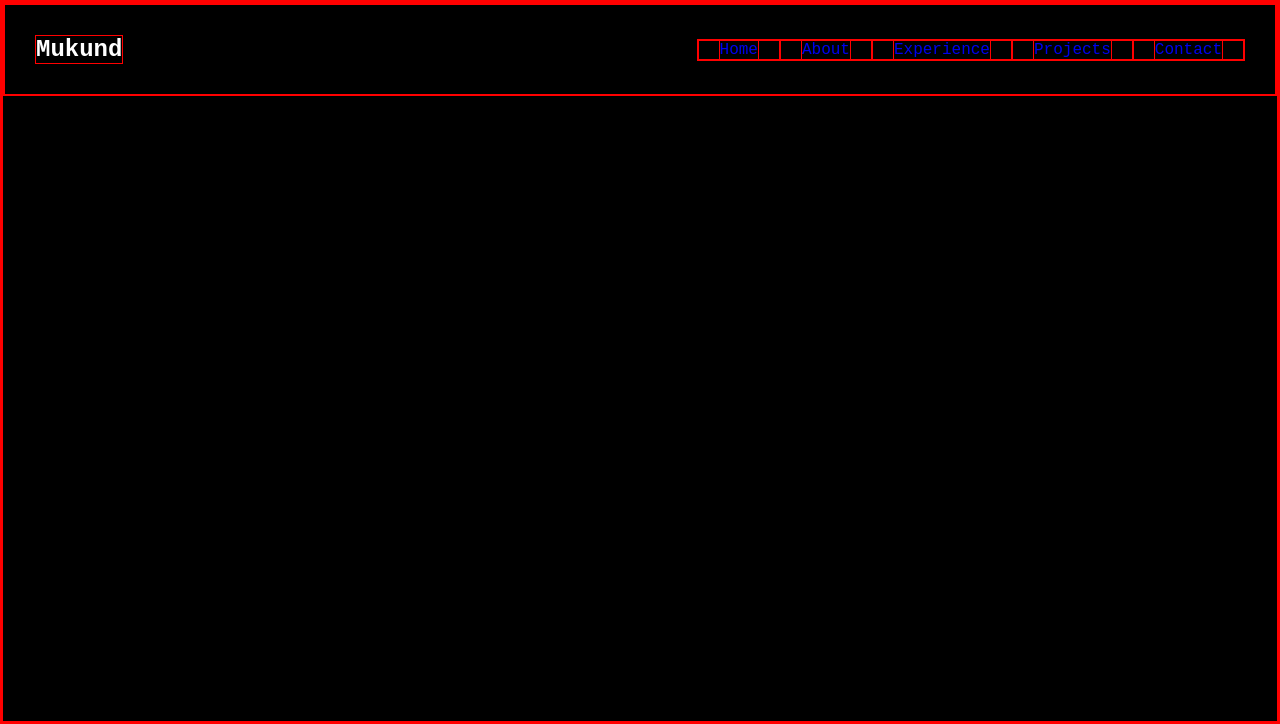
Repository: mukundgangurde/expense-tracker
Page: index.html
These files come from the project's save history. The page is drawn as it stood at one moment and after the next save; the edit follows.
The browser window is 1280 px wide. The pictures show the whole page.

Above is the page before, as saved 2025-11-02 17:35:03.

After the next save:
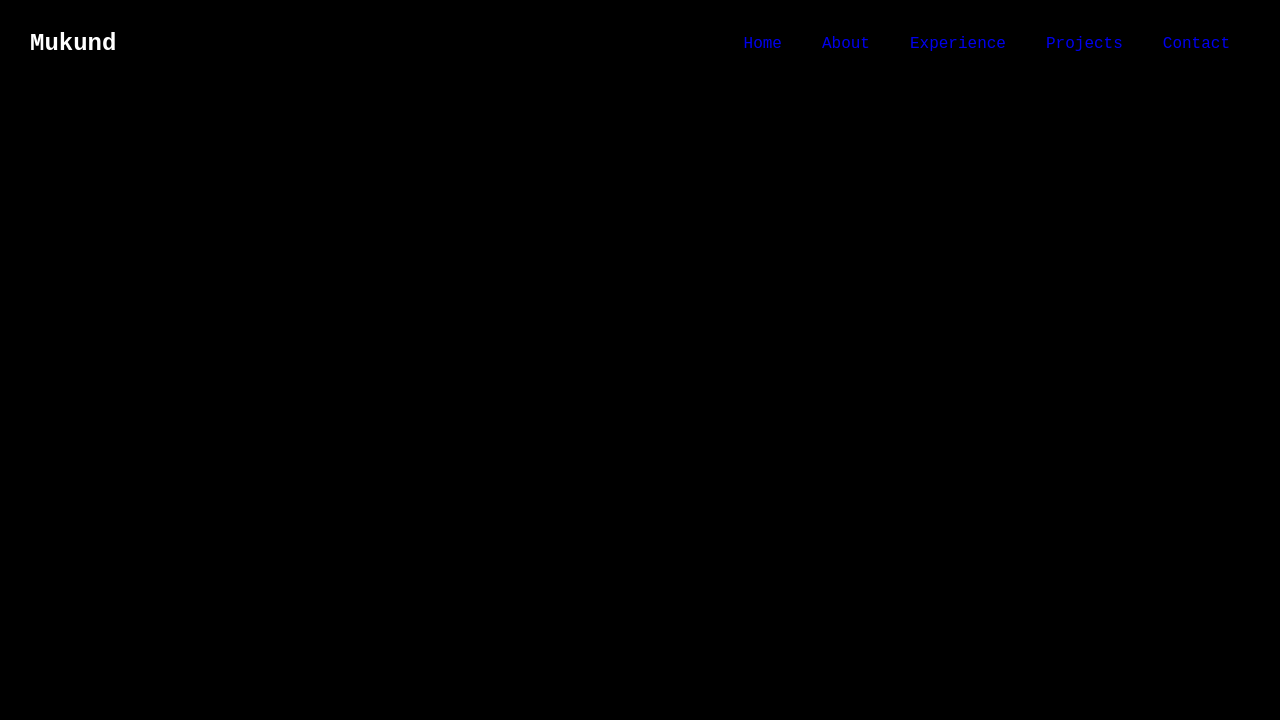
Saved 12 s later.
--- a/style.css
+++ b/style.css
@@ -3,7 +3,7 @@
   padding: 0;
   font-family: 'Courier New', Courier, monospace;
   box-sizing: border-box;
-  border: 1px solid red;
+  /* border: 1px solid red; */
 }
 
 body {

After the save that followed:
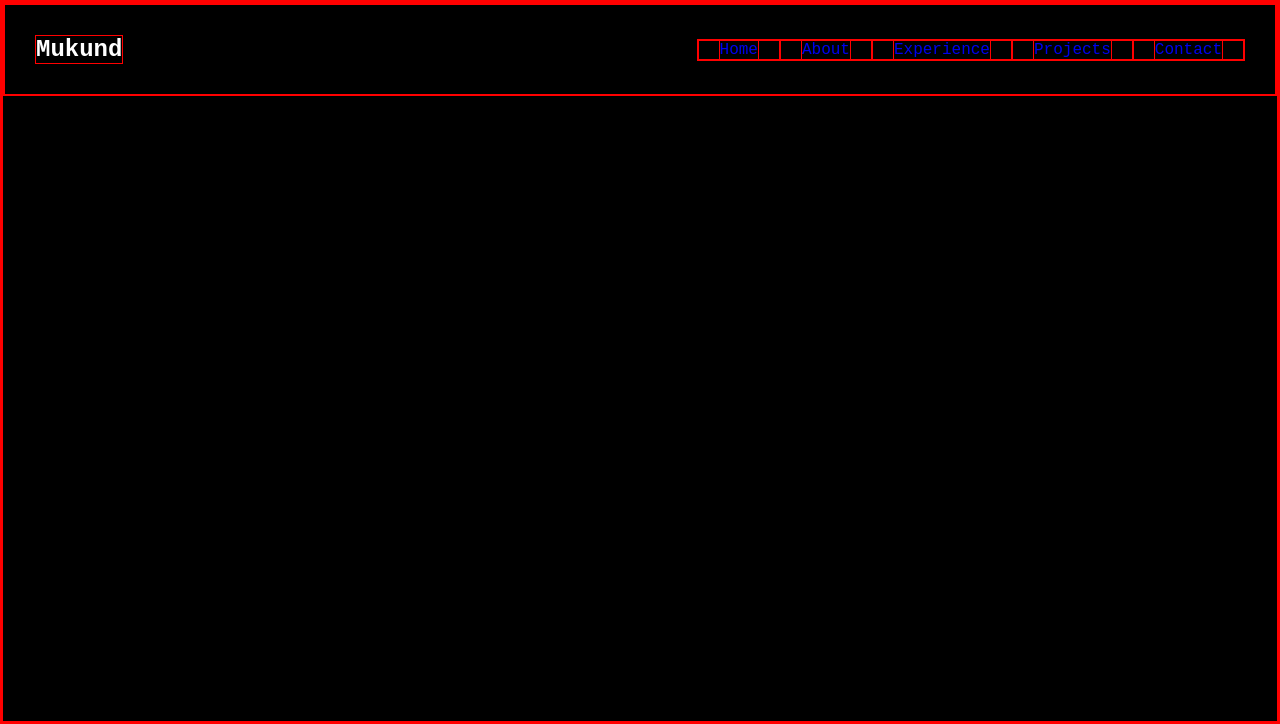
Saved 5 s later.
--- a/style.css
+++ b/style.css
@@ -3,7 +3,7 @@
   padding: 0;
   font-family: 'Courier New', Courier, monospace;
   box-sizing: border-box;
-  /* border: 1px solid red; */
+  border: 1px solid red;
 }
 
 body {
